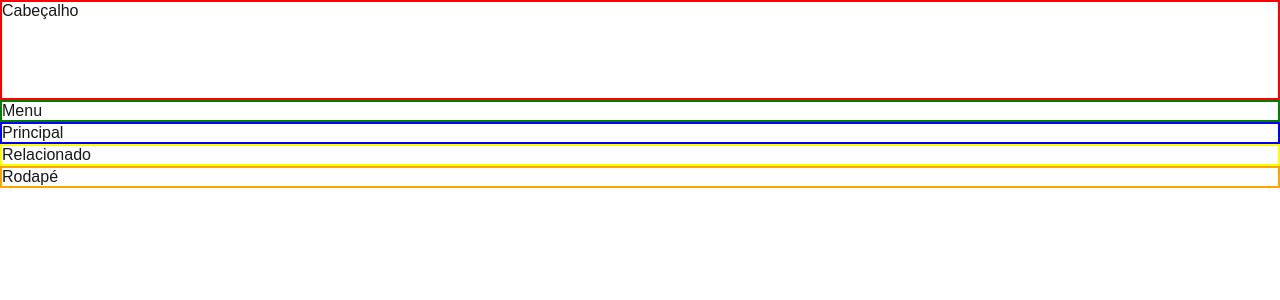
Repository: AleOi3/htmlTemplate
Page: /temp_one
The author's editor kept a copy of each file at every save. The page is drawn from the files as they stood at one save, then again after the next save.
The browser window is 1280 px wide. The pictures show the whole page.
The project was rebuilt for these pictures with package versions that can differ from the ones it lists, and the page was loaded fresh each time. The framework's server and built-in components were replaced by stand-ins that run in the browser. Also part of the build but not shown: next.config.ts.

Above is the page before, as saved 2024-12-09 00:24:00.

After the next save:
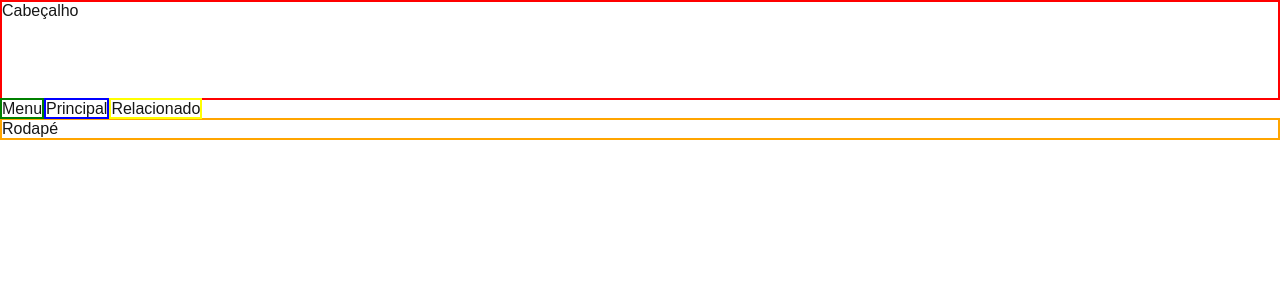
Saved 40 s later.
--- a/src/app/temp_one/page.tsx
+++ b/src/app/temp_one/page.tsx
@@ -7,13 +7,18 @@
             Cabeçalho
         </header>
         <nav style={{
-            border: '2px solid green'
+            border: '2px solid green',
+            display: 'inline'
         }}>Menu</nav>
         <main style={{
-            border: '2px solid blue'
+            border: '2px solid blue',
+            display: 'inline'
+
         }}>Principal</main>
         <aside style={{
-            border: '2px solid yellow'
+            border: '2px solid yellow',
+            display: 'inline'
+
         }}>Relacionado</aside>
         <footer style={{
             border: '2px solid orange'

After the save that followed:
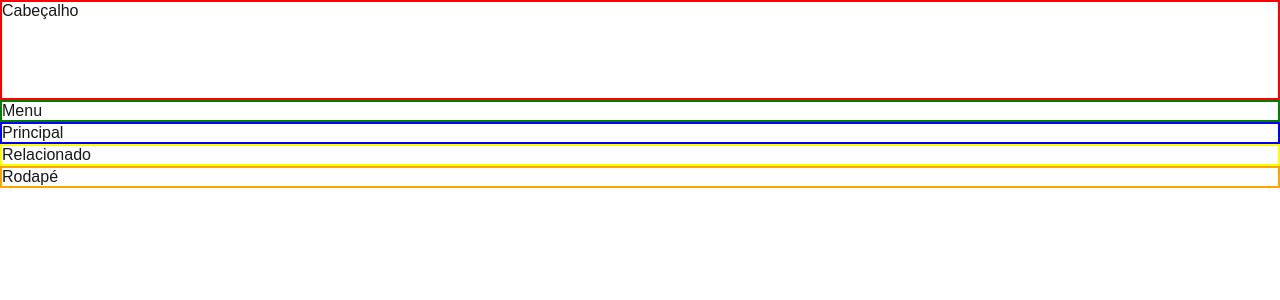
Saved 77 s later.
--- a/src/app/temp_one/page.tsx
+++ b/src/app/temp_one/page.tsx
@@ -2,26 +2,28 @@
     return <>
         <header style={{
             border: '2px solid red',
-            height: 100
+            height: 100,
+            display: 'flex'
         }}>
             Cabeçalho
         </header>
         <nav style={{
             border: '2px solid green',
-            display: 'inline'
+            display: 'flex'
         }}>Menu</nav>
         <main style={{
             border: '2px solid blue',
-            display: 'inline'
+            display: 'flex'
 
         }}>Principal</main>
         <aside style={{
             border: '2px solid yellow',
-            display: 'inline'
-
+            display: 'flex'
         }}>Relacionado</aside>
         <footer style={{
-            border: '2px solid orange'
+            border: '2px solid orange',
+            display: 'flex'
+
         }}>Rodapé</footer>
 
     </>
